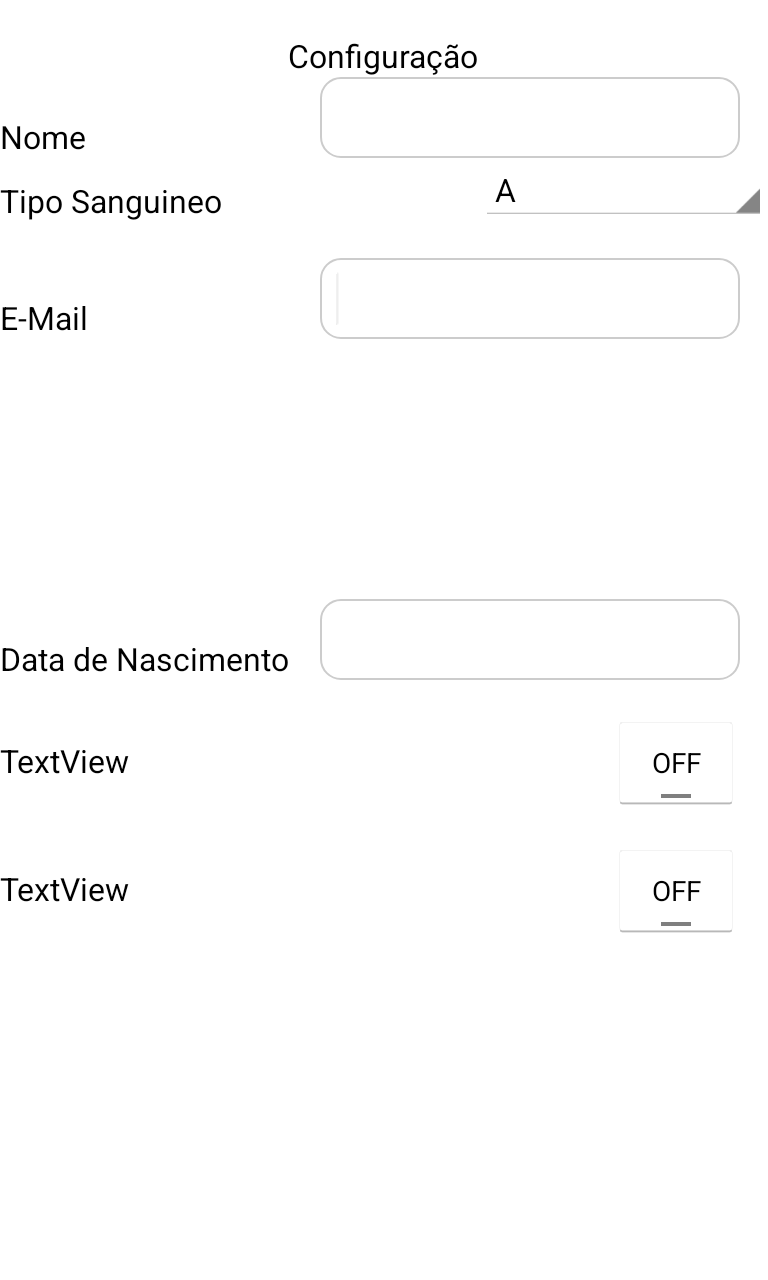
Repository: RafaDeschain/DoarSP
Layout: doarSP/res/layout/fragment_alterardados.xml
These files come from the project's save history. The layout is drawn as it stood at one moment and after the next save; the edit follows.
It is drawn on a 768 x 1280 px phone screen (xhdpi) without system bars, with theme AppTheme; the app's code is not run.

Above is the layout before, as saved 2014-04-21 05:16:43.

After the next save:
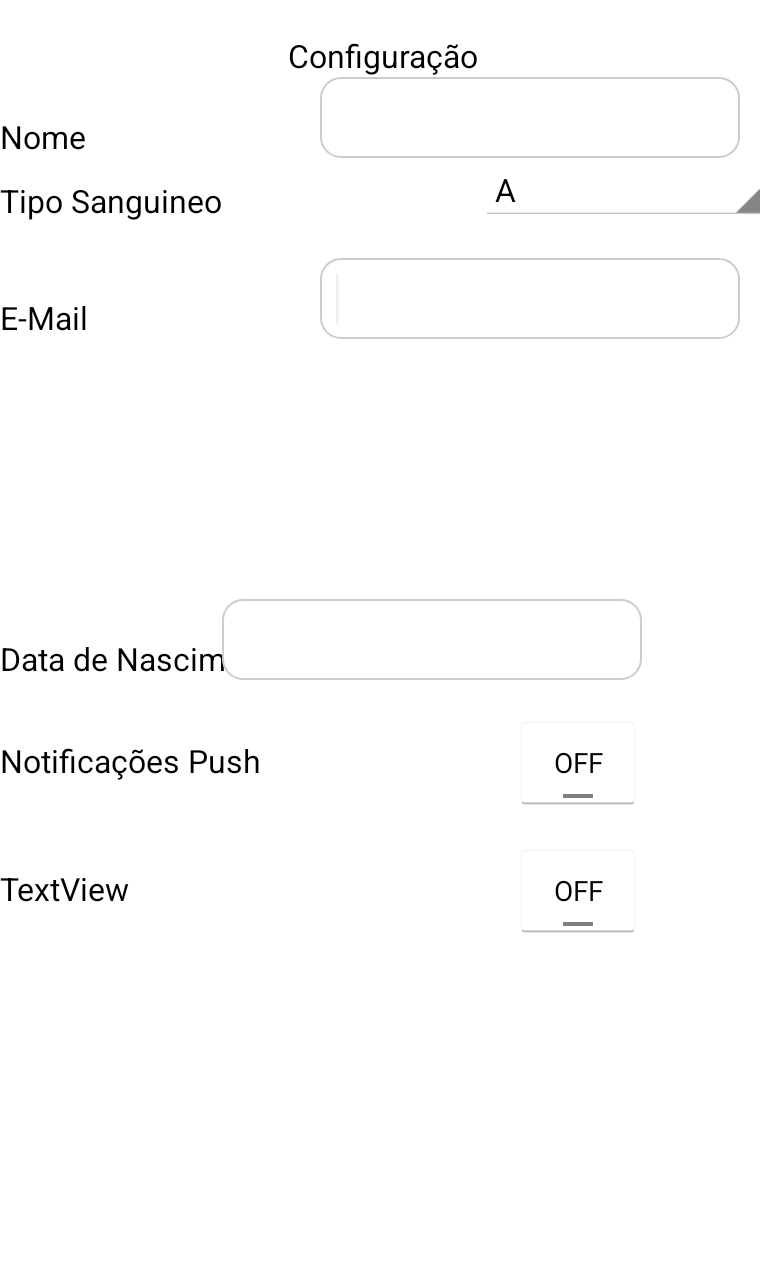
Saved 8 h 52 min later.
--- a/doarSP/res/layout/fragment_alterardados.xml
+++ b/doarSP/res/layout/fragment_alterardados.xml
@@ -78,15 +78,6 @@
         android:layout_alignParentLeft="true"
         android:text="@string/email" />
 
-    <EditText
-        android:id="@+id/editText3"
-        android:layout_width="wrap_content"
-        android:layout_height="wrap_content"
-        android:layout_alignRight="@+id/editText2"
-        android:layout_centerVertical="true"
-        android:ems="10"
-        android:inputType="date" />
-
     <TextView
         android:id="@+id/textView6"
         android:layout_width="wrap_content"
@@ -111,7 +102,7 @@
         android:layout_alignBaseline="@+id/toggleButton1"
         android:layout_alignBottom="@+id/toggleButton1"
         android:layout_alignParentLeft="true"
-        android:text="TextView" />
+        android:text="@string/notificacoesPush" />
 
     <ToggleButton
         android:id="@+id/toggleButton2"
@@ -131,4 +122,13 @@
         android:layout_alignParentLeft="true"
         android:text="TextView" />
 
+    <EditText
+        android:id="@+id/editText3"
+        android:layout_width="wrap_content"
+        android:layout_height="wrap_content"
+        android:layout_centerVertical="true"
+        android:layout_toRightOf="@+id/textView4"
+        android:ems="10"
+        android:inputType="date" />
+
 </RelativeLayout>
